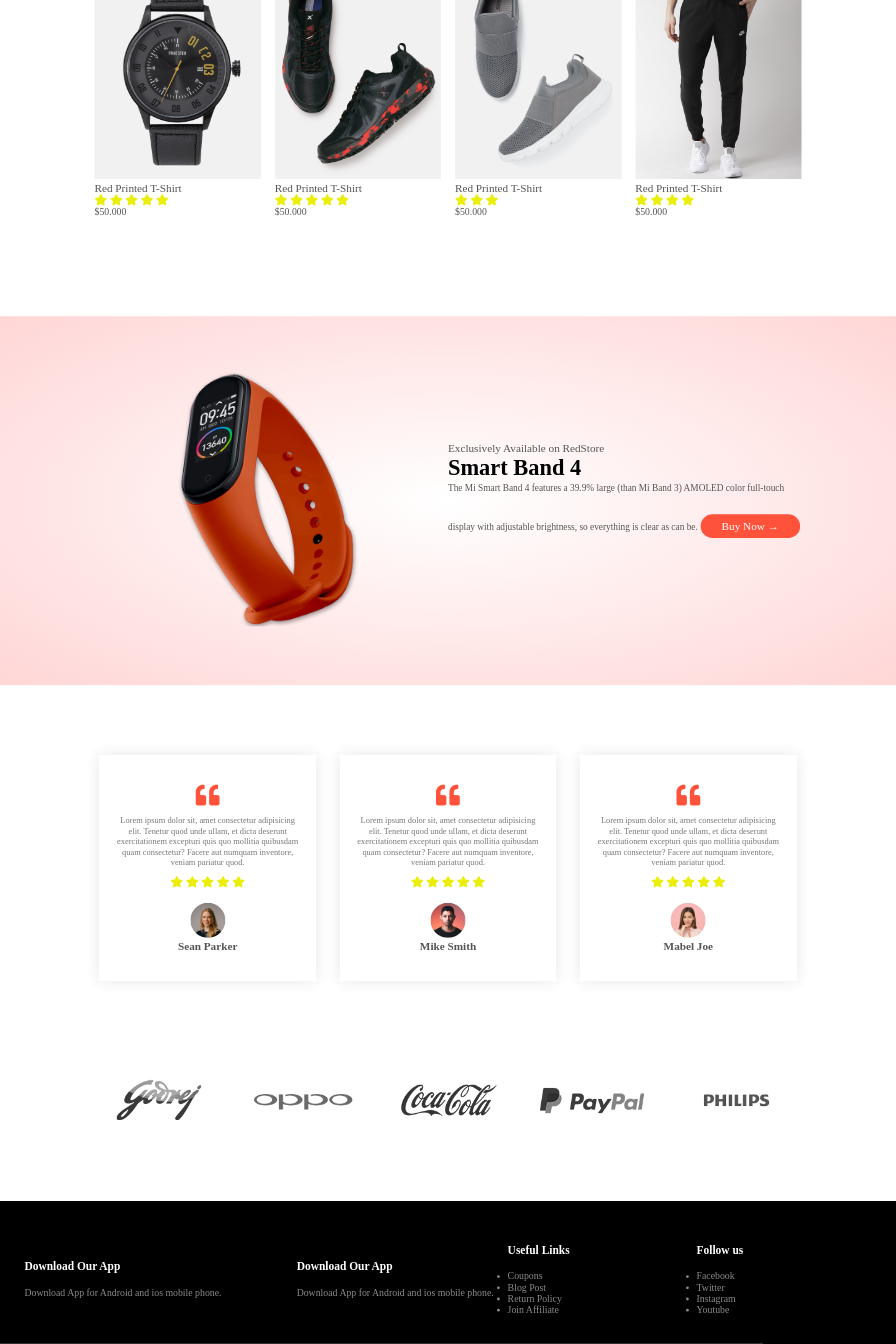
Repository: tuan21052000/Frontend
Page: index.html
These files come from the project's save history. The page is drawn as it stood at one moment and after the next save; the edit follows.
The browser window is 1280 px wide. The pictures show the part of the page from y = 2534 to 4454 px (the page is 4454 px tall), at 70% of full size.

Above is the page before, as saved 2022-05-09 21:39:08.

After the next save:
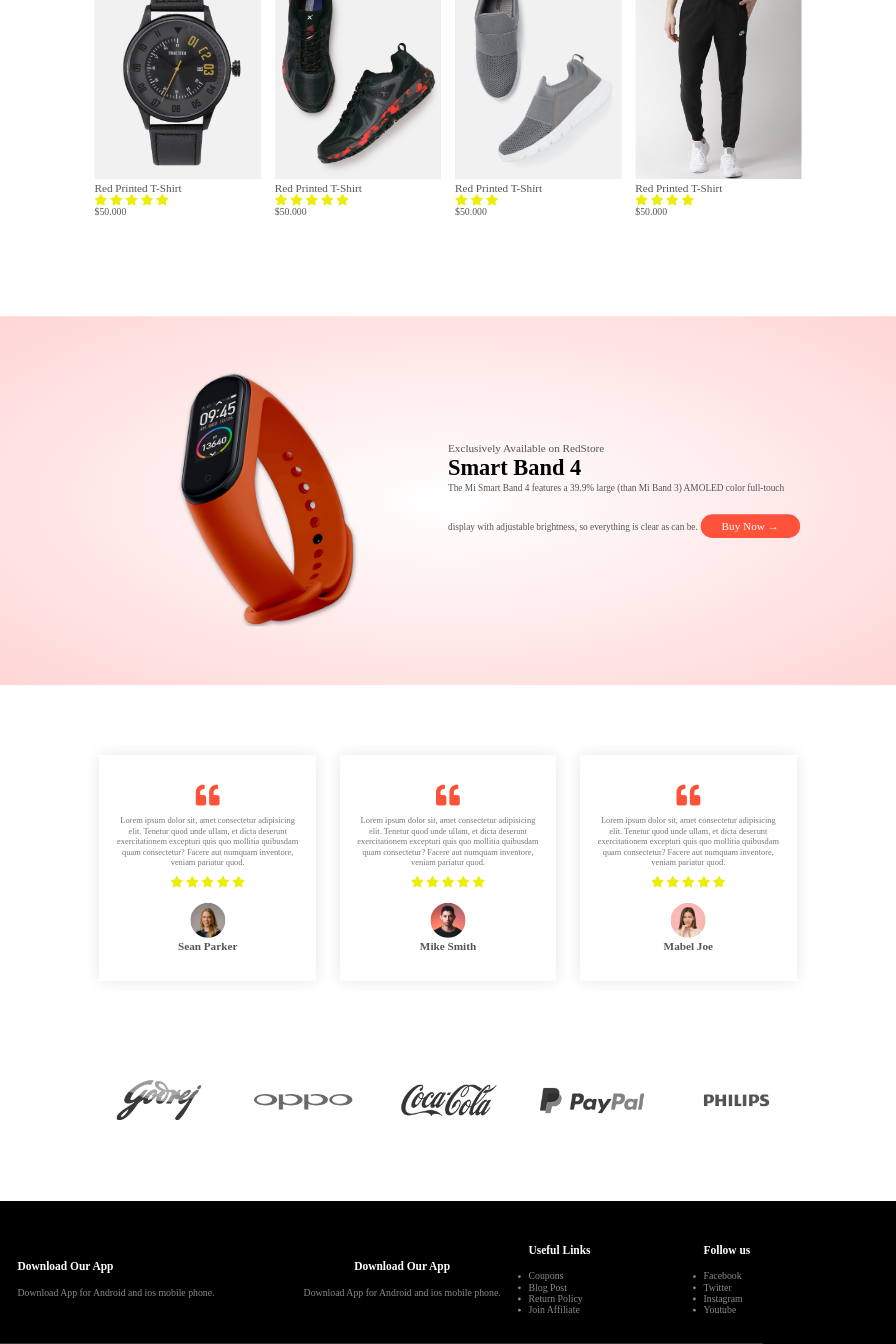
Saved 31 s later.
--- a/style.css
+++ b/style.css
@@ -205,3 +205,7 @@
 .footer-col-1{
     flex-basis: 30%;
 }
+.footer-col-2{
+    flex:1;
+    text-align: center;
+}
